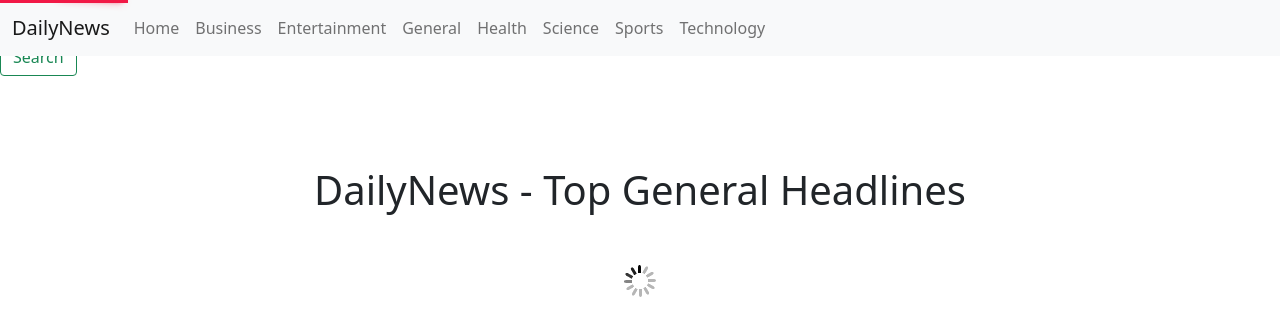
Repository: Bikki084/Daily_News
Page: /
The author's editor kept a copy of each file at every save. The page is drawn from the files as they stood at one save, then again after the next save.
The browser window is 1280 px wide. The pictures show the whole page.
The page's requests for data from a server got no answer. The project was rebuilt for these pictures with package versions that can differ from the ones it lists, and the page was loaded fresh each time. No one was signed in, and anything a server would have sent is missing. Also part of the build but not shown: src/App.css, src/components/NewsItem.js.

Above is the page before, as saved 2021-12-22 01:46:53.

### public/index.html
<!DOCTYPE html>
<html lang="en">
  <head>
    <meta charset="utf-8" />
    <link rel="icon" href="%PUBLIC_URL%/favicon.ico" />
    <meta name="viewport" content="width=device-width, initial-scale=1" />
    <meta name="theme-color" content="#000000" />
    <meta
      name="description"
      content="DailyNews is a news app which can be used to grab quick daily news bites. If you are interested in news, weather, politics and sports news, newsmonkey is for you!"
    />
    <link rel="apple-touch-icon" href="%PUBLIC_URL%/logo192.png" />
    <!--
      manifest.json provides metadata used when your web app is installed on a
      user's mobile device or desktop. See https://developers.google.com/web/fundamentals/web-app-manifest/
    -->
    <link rel="manifest" href="%PUBLIC_URL%/manifest.json" />
    <link href="https://cdn.jsdelivr.net/npm/bootstrap@5.1.0/dist/css/bootstrap.min.css" rel="stylesheet" integrity="sha384-KyZXEAg3QhqLMpG8r+8fhAXLRk2vvoC2f3B09zVXn8CA5QIVfZOJ3BCsw2P0p/We" crossorigin="anonymous">
    <!--
      Notice the use of %PUBLIC_URL% in the tags above.
      It will be replaced with the URL of the `public` folder during the build.
      Only files inside the `public` folder can be referenced from the HTML.

      Unlike "/favicon.ico" or "favicon.ico", "%PUBLIC_URL%/favicon.ico" will
      work correctly both with client-side routing and a non-root public URL.
      Learn how to configure a non-root public URL by running `npm run build`.
    -->
    <title>DailyNews - Get your daily dose of news for free!</title>
  </head>
  <body>
    <noscript>You need to enable JavaScript to run this app.</noscript>
    <div id="root"></div>
    <!--
      This HTML file is a template.
      If you open it directly in the browser, you will see an empty page.

      You can add webfonts, meta tags, or analytics to this file.
      The build step will place the bundled scripts into the <body> tag.

      To begin the development, run `npm start` or `yarn start`.
      To create a production bundle, use `npm run build` or `yarn build`.
    -->
    <script src="https://cdn.jsdelivr.net/npm/@popperjs/core@2.9.3/dist/umd/popper.min.js" integrity="sha384-eMNCOe7tC1doHpGoWe/6oMVemdAVTMs2xqW4mwXrXsW0L84Iytr2wi5v2QjrP/xp" crossorigin="anonymous"></script>
    <script src="https://cdn.jsdelivr.net/npm/bootstrap@5.1.0/dist/js/bootstrap.min.js" integrity="sha384-cn7l7gDp0eyniUwwAZgrzD06kc/tftFf19TOAs2zVinnD/C7E91j9yyk5//jjpt/" crossorigin="anonymous"></script>
  </body>
</html>

### src/App.js
import './App.css';
import Search from './components/Search';
import React, { useState } from 'react'
import NavBar from './components/NavBar';
import News from './components/News';
import {BrowserRouter as Router, Switch, Route} from "react-router-dom";
import LoadingBar from 'react-top-loading-bar'

const App = ()=> {
  const pageSize = 5;
  const apiKey = process.env.REACT_APP_NEWS_API

  const [progress, setProgress] = useState(0)

    return (
      <div>
        <Router>
        <NavBar/>
        <Search/>
        <LoadingBar
        height={3}
        color='#f11946'
        progress={progress}
      />
        <Switch>
          <Route exact path="/"><News setProgress={setProgress} apiKey={apiKey} key="general" pageSize={pageSize} country="in" category="general"/></Route>
          <Route exact path="/business"><News setProgress={setProgress} apiKey={apiKey} key="business" pageSize={pageSize} country="in" category="business"/></Route>
          <Route exact path="/entertainment"><News setProgress={setProgress} apiKey={apiKey} key="entertainment" pageSize={pageSize} country="in" category="entertainment"/></Route>
          <Route exact path="/general"><News setProgress={setProgress} apiKey={apiKey} key="general" pageSize={pageSize} country="in" category="general"/></Route>
          <Route exact path="/health"><News setProgress={setProgress} apiKey={apiKey} key="health" pageSize={pageSize} country="in" category="health"/></Route>
          <Route exact path="/science"><News setProgress={setProgress} apiKey={apiKey} key="science" pageSize={pageSize} country="in" category="science"/></Route>
          <Route exact path="/sports"><News setProgress={setProgress} apiKey={apiKey} key="sports" pageSize={pageSize} country="in" category="sports"/></Route>
          <Route exact path="/technology"><News setProgress={setProgress} apiKey={apiKey} key="technology" pageSize={pageSize} country="in" category="technology"/></Route>
        <Search/>
        </Switch>
        </Router>
      </div>
    )

}

export default App;

### src/components/Search.js
import React from 'react'

const Search = () => {
    return (
        <div>

                <input class="form-control me-2" type="search" placeholder="Search" aria-label="Search" />
                <button class="btn btn-outline-success" type="submit">Search</button>

        </div>
    )
}

export default Search;

### src/components/NavBar.js
import React from 'react'
import { Link } from "react-router-dom";

const NavBar = () => {

    return (
        <div>
            <nav className="navbar fixed-top navbar-expand-lg navbar-light bg-light">
                <div className="container-fluid">
                    <Link className="navbar-brand" to="/">DailyNews</Link>
                    <button className="navbar-toggler" type="button" data-bs-toggle="collapse" data-bs-target="#navbarSupportedContent" aria-controls="navbarSupportedContent" aria-expanded="false" aria-label="Toggle navigation">
                        <span className="navbar-toggler-icon"></span>
                    </button>
                    <div className="collapse navbar-collapse" id="navbarSupportedContent">
                        <ul className="navbar-nav me-auto mb-2 mb-lg-0">
                            <li className="nav-item">
                                <Link className="nav-link" aria-current="page" to="/">Home</Link>
                            </li>
                            <li className="nav-item"><Link className="nav-link" to="/business">Business</Link></li>
                            <li className="nav-item"><Link className="nav-link" to="/entertainment">Entertainment</Link></li>
                            <li className="nav-item"><Link className="nav-link" to="/general">General</Link></li>
                            <li className="nav-item"><Link className="nav-link" to="/health">Health</Link></li>
                            <li className="nav-item"><Link className="nav-link" to="/science">Science</Link></li>
                            <li className="nav-item"><Link className="nav-link" to="/sports">Sports</Link></li>
                            <li className="nav-item"><Link className="nav-link" to="/technology">Technology</Link></li>
                        </ul>
                        <form class="d-flex" method="get" action="/Search"/>

                    </div>
                </div>
            </nav>
        </div>
    )

}

export default NavBar

### src/components/News.js
import React, {useEffect, useState} from 'react'

import NewsItem from './NewsItem'
import Spinner from './Spinner';
import PropTypes from 'prop-types'
import InfiniteScroll from "react-infinite-scroll-component";

const News = (props)=>{
    const [articles, setArticles] = useState([])
    const [loading, setLoading] = useState(true)
    const [page, setPage] = useState(1)
    const [totalResults, setTotalResults] = useState(0)

    const capitalizeFirstLetter = (string) => {
        return string.charAt(0).toUpperCase() + string.slice(1);
    }

    const updateNews = async ()=> {
        props.setProgress(10);
        const url = `https://newsapi.org/v2/top-headlines?country=${props.country}&category=${props.category}&apiKey=${props.apiKey}&page=${page}&pageSize=${props.pageSize}`;
        setLoading(true)
        let data = await fetch(url);
        props.setProgress(30);
        let parsedData = await data.json()
        props.setProgress(70);
        setArticles(parsedData.articles)
        setTotalResults(parsedData.totalResults)
        setLoading(false)
        props.setProgress(100);
    }

    useEffect(() => {
        document.title = `${capitalizeFirstLetter(props.category)} - DailyNews`;
        updateNews();
        // eslint-disable-next-line
    }, [])


    const fetchMoreData = async () => {
        const url = `https://newsapi.org/v2/top-headlines?country=${props.country}&category=${props.category}&apiKey=${props.apiKey}&page=${page+1}&pageSize=${props.pageSize}`;
        setPage(page+1)
        let data = await fetch(url);
        let parsedData = await data.json()
        setArticles(articles.concat(parsedData.articles))
        setTotalResults(parsedData.totalResults)
      };

        return (
            <>
                <h1 className="text-center" style={{ margin: '35px 0px', marginTop: '90px' }}>DailyNews - Top {capitalizeFirstLetter(props.category)} Headlines</h1>
                {loading && <Spinner />}
                <InfiniteScroll
                    dataLength={articles.length}
                    next={fetchMoreData}
                    hasMore={articles.length !== totalResults}
                    loader={<Spinner/>}>
                    <div className="container">

                    <div className="row">
                        {articles.map((element) => {
                            return <div className="col-md-4" key={element.url}>
                                <NewsItem title={element.title ? element.title : ""} description={element.description ? element.description : ""} imageUrl={element.urlToImage} newsUrl={element.url} author={element.author} date={element.publishedAt} source={element.source.name} />
                            </div>
                        })}
                    </div>
                    </div>
                </InfiniteScroll>
            </>
        )

}


News.defaultProps = {
    country: 'in',
    pageSize: 8,
    category: 'general',
}

News.propTypes = {
    country: PropTypes.string,
    pageSize: PropTypes.number,
    category: PropTypes.string,
}

export default News

Loaded but not shown: src/index.js (common file); src/reportWebVitals.js (common file); src/components/Spinner.js (common file); src/index.css (no stored copy; drawn as an empty file)

After the next save:
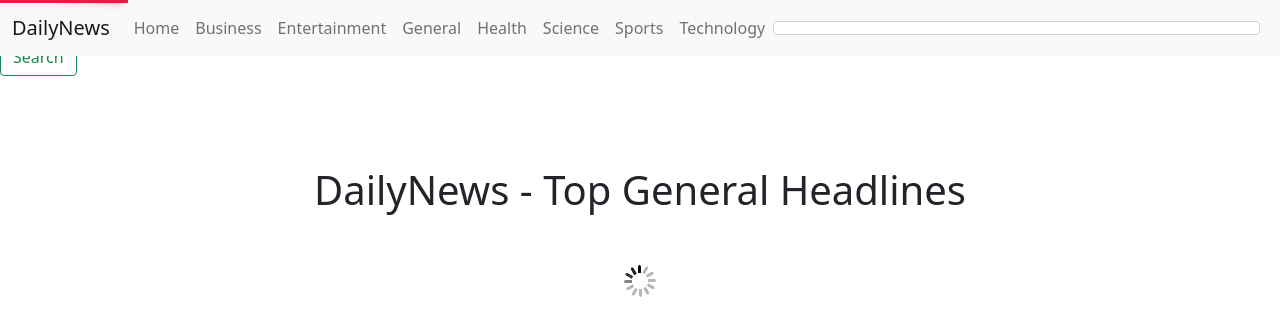
Saved 37 s later.
--- a/src/components/NavBar.js
+++ b/src/components/NavBar.js
@@ -24,7 +24,7 @@ const NavBar = () => {
                             <li className="nav-item"><Link className="nav-link" to="/sports">Sports</Link></li>
                             <li className="nav-item"><Link className="nav-link" to="/technology">Technology</Link></li>
                         </ul>
-                        <form class="d-flex" method="get" action="/Search"/>
+                        <form class="d-flex form-control me-2" method="get" action="/Search"/>
 
                     </div>
                 </div>
